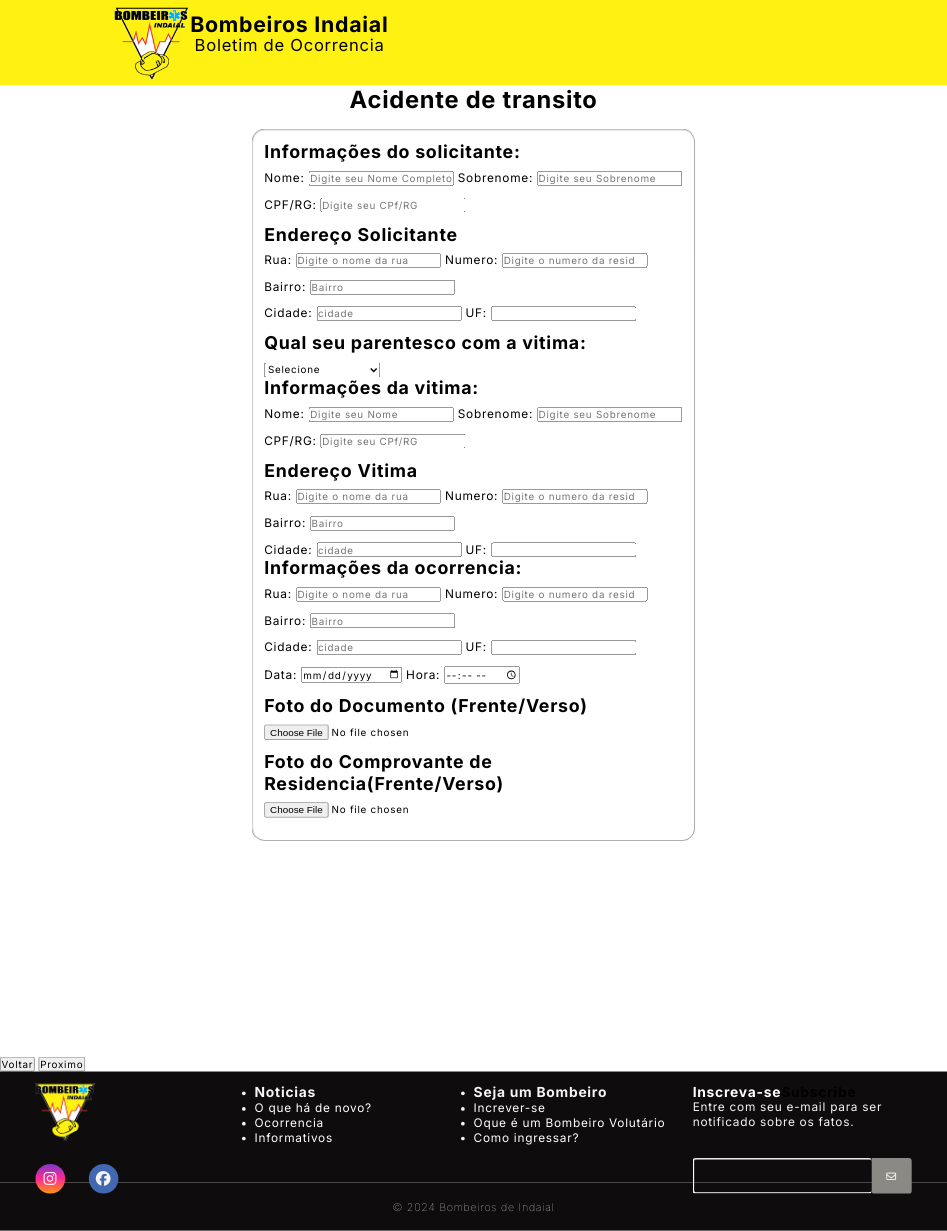
Repository: ThaylonKnopf/ProjetoBV
Page: AcidenteTransito/transitoparente/Form.html
An editor plug-in stored every save of this project. The page is shown before and after a run of saves, followed by the edit.
The browser window is 1280 px wide. The pictures show the whole page, at 74% of full size.

Above is the page before, as saved 2024-04-08 13:17:17.

### AcidenteTransito/transitoparente/Form.html
<!DOCTYPE html>
<html lang="pt-BR">

    <head>
        <meta charset="UTF-8">
        <meta name="viewport" content="width=device-width, initial-scale=1.0">
        <title>Requisição de B.O.</title>
        <link rel="stylesheet" href="estilo-fato.css">
        <link rel="shortcut icon"
            href="https://storage.googleapis.com/production-hostgator-brasil-v1-0-9/629/1202629/afAiZAhX/4db7fe933b1247ebbdbe06664fbece59">
        <link rel="stylesheet" href="https://cdnjs.cloudflare.com/ajax/libs/font-awesome/6.5.2/css/all.min.css"
            integrity="sha512-SnH5WK+bZxgPHs44uWIX+LLJAJ9/2PkPKZ5QiAj6Ta86w+fsb2TkcmfRyVX3pBnMFcV7oQPJkl9QevSCWr3W6A=="
            crossorigin="anonymous" referrerpolicy="no-referrer" />

    </head>

    <body>
        <header>
            <link rel="stylesheet" href="/header/footer/header.css">
            <main>
                <source media="(min-width:320px)" srcset="" sizes="300px">
                <div class="titulo">
                    <h1>Bombeiros&nbsp;Indaial</h1>
                </div>
                <div class="img">
                    <a href="https://bombeirosindaial.com.br/" target="_blank"><img src="../img/m.png"
                            alt="logo-bombeiro"></a>
                </div>
                <div class="p">
                    <p>Boletim&nbsp;de&nbsp;Ocorrencia</p>
                </div>
                </nav>
            </main>
        </header>
        <main class="menuh1">
            <h1>Acidente de transito</h1>
        </main>
        <form>
            <fieldset>
                <h2>Informações do solicitante:</h2>
                <div class="campo" required>
                    <label for="nome">Nome:</label>
                    <input type="text" name="nome" id="nome" placeholder="Digite seu Nome Completo" required>
                    <label for="sobrenome">Sobrenome:</label>
                    <input type="text" name="sobrenome" id="sobrenome" placeholder="Digite seu Sobrenome" required>
                </div>
                <div id="cpf">
                    <label for="cfp">CPF/RG:</label>
                    <input type="text" name="cfp" id="cpf" placeholder="Digite seu CPf/RG" required>
                </div>
                <h2>Endereço Solicitante</h2>
                <div id="rua">
                    <label for="rua">Rua:</label>
                    <input type="text" name="rua" id="rua" placeholder="Digite o nome da rua" required>
                    <label for="rua">Numero:</label>
                    <input type="number" name="numero" id="numero" placeholder="Digite o numero da residencia."
                        required>
                </div>
                <div id="bairro">
                    <label for="bairro">Bairro:</label>
                    <input type="text" name="bairro" id="bairro" placeholder="Bairro" required>
                </div>
                <div>
                    <label for="cidade">Cidade:</label>
                    <input type="text" name="cidade" id="cidade" placeholder="cidade" required>
                    <label for="estado">UF:</label>
                    <input type="text" name="estado" id="estado" required>
                </div>
                <h2>Qual seu parentesco com a vitima:</h2>
                <select name="parentesco" id="parente">
                    <option selected disabled value="">Selecione</option>
                    <option>Pai/Mae</option>
                    <option>Irmão/Irmã</option>
                    <option>Conjuge</option>
                    <option>Filho/Filha</option>
                    <option>Avô/Avó</option>
                    <option>Responsável Legal</option>
                </select>
                <h2>Informações da vitima:</h2>
                <div class="campov">
                    <label for="nomev">Nome:</label>
                    <input type="text" name="nome" id="nomev" placeholder="Digite seu Nome" required>
                    <label for="sobrenome">Sobrenome:</label>
                    <input type="text" name="sobrenome" id="sobrenomev" placeholder="Digite seu Sobrenome" required>
                </div>
                <div id="cpfv">
                    <label for="cfp">CPF/RG:</label>
                    <input type="text" name="cfp" id="cpfv" placeholder="Digite seu CPf/RG" required>
                </div>
                <h2>Endereço Vitima</h2>
                <div id="ruav">
                    <label for="rua">Rua:</label>
                    <input type="text" name="rua" id="ruavi" placeholder="Digite o nome da rua" required>
                    <label for="numero">Numero:</label>
                    <input type="number" name="numero" id="numerov" placeholder="Digite o numero da residencia."
                        required>
                </div>
                <div id="bairrov">
                    <label for="bairro">Bairro:</label>
                    <input type="text" name="bairro" id="bairrov" placeholder="Bairro" required>
                </div>
                <div>
                    <label for="cidade">Cidade:</label>
                    <input type="text" name="cidade" id="cidadev" placeholder="cidade" required>
                    <label for="estado">UF:</label>
                    <input type="text" name="estado" id="estadov" required>
                <h2>Informações da ocorrencia:</h2>
                <div id="ruao">
                    <label for="rua">Rua:</label>
                    <input type="text" name="rua" id="ruaoc" placeholder="Digite o nome da rua" required>
                    <label for="numero">Numero:</label>
                    <input type="number" name="numero" id="numeroc" placeholder="Digite o numero da residencia."
                        required>
                </div>
                <div id="bairroc">
                    <label for="bairro">Bairro:</label>
                    <input type="text" name="bairro" id="bairroc" placeholder="Bairro" required>
                </div>
                <div>
                    <label for="cidade">Cidade:</label>
                    <input type="text" name="cidade" id="cidadec" placeholder="cidade" required>
                    <label for="estado">UF:</label>
                    <input type="text" name="estado" id="estadoc" required>
                </div>
                <div id="data">
                    <label for="data">Data:</label>
                    <input type="date" name="dataoc" id="dataoc">
                    <label for="hora">Hora:</label>
                    <input type="time" name="horaoc" id="horaoc">
                </div>
                <div class="doc">
                    <h2>Foto do Documento (Frente/Verso)</h2>
                    <input type="file" name="doc" id="doc">
                </div>
                <div class="res">
                    <h2>Foto do Comprovante de Residencia(Frente/Verso)</h2>
                    <input type="file" name="doc">
                </div>
            </fieldset>
    </form>
        <main class="main-botao">
            <div class="continuar" required>
                <a href="../transitoselecionar/transito1.html"><button class="voltar">Voltar</button></a>
                <a href="/AcidenteTransito/transitoparente/Concluido.html"><button class="prox" required>Proximo</button></a>
            </div>
        </main>
        <footer id="footer">
            <link rel="stylesheet" href="/header/footer/footer.css">
            <div id="footer_content">
                <div id="footer_contacts">
                    <a href="https://bombeirosindaial.com.br/" target="_blank">
                        <h1>
                            <img src="../img/m.png" width="80px" alt="">
                        </h1>
                    </a>
                    <div id="footer_social_media">
                        <a href="#" class="footer-link" id="instagram">
                            <i class="fa-brands fa-instagram"></i>
                        </a>
                        <a href="#" class="footer-link" id="facebook">
                            <i class="fa-brands fa-facebook"></i>
                        </a>
                    </div>
                </div>
                <ul class="footer-list">
                    <li>
                        <h3>Noticias</h3>
                    </li>
                    <li>
                        <a href="#" class="footer-link">O que há de novo?</a>
                    </li>
                    <li>
                        <a href="#" class="footer-link">Ocorrencia</a>
                    </li>
                    <li>
                        <a href="#" class="footer-link">Informativos</a>
                    </li>
                </ul>
                <ul class="footer-lists">
                    <li>
                        <h3 id="pro">Seja um Bombeiro</h3>
                    </li>
                    <li>
                        <a href="#" class="footer-links">Increver-se</a>
                    </li>
                    <li>
                        <a href="#" class="footer-links">Oque é um Bombeiro Volutário</a>
                    </li>
                    <li>
                        <a href="#" class="footer-links">Como ingressar?</a>
                    </li>
                </ul>
                <div id="footer_subscribe">
                    <h3>Subscribe</h3>
                    <p>
                        Entre com seu e-mail para ser notificado sobre os fatos.
                    </p>
                    <div id="input_group">
                        <input type="email" id="email">
                        <button>
                            <i class="fa-regular fa-envelope"></i>
                        </button>
                    </div>
                </div>
            </div>
            <div id="footer_copyright">
                &#169
                2024 Bombeiros de Indaial
            </div>
        </footer>
        <script src="script.js"></script>
    </body>

</html>

### AcidenteTransito/transitoparente/estilo-fato.css
@charset "UTF-8";

@import url('https://fonts.googleapis.com/css2?family=Bebas+Neue&family=Inter:wght@100..900&display=swap');

:root {
    --color-neutral-0: #0e0c0c;
    --color-neutral-10: #171717;
    --color-neutral-30: #a8a29e;
    --color-neutral-40: #f5f5f5;

}

* {
    margin: 0PX;
    padding: 0PX;
    font-family: 'Inter', sans-serif;
    box-sizing: border-box;
    letter-spacing: 1px;
}

P {
    margin: 15px 0px 15px 0px;
}
.menuh1{
    margin: 0px auto 20px auto;
    max-width: 470px;
    text-align: center;
}

form{
    max-width: 600px;
    margin: 0px auto 290px auto;
}
fieldset{
    border-radius: 18px;
    padding: 15px;
}
fieldset div{
    margin-bottom: 15px;
}
h2{
    margin-bottom: 10px;
}

#footer_content{
    height:150px;
}
#footer{
    position: relative;
}

.main_botao

.continuar{
    margin-top: -100px;
    margin-bottom: 100px;
}

@media (max-width: 970px) {
    .menu section {
        width: 80%;
    }
    .menuh1{
        width: 80%;
    }
    form fieldset{
        width: 470px;
        margin: 10px;
    }
    fieldset div{
        display: grid;
    }
    fieldset div input{
        margin-left: 25px;
        margin-right: 20px;
    }

    .res{
        margin-right: 20px;
        margin-bottom: 20px;
    }
    .menuh1 form h2{
        margin-left: 10px;
    }
}

### header/footer/header.css
@charset "UTF-8";

@import url('https://fonts.googleapis.com/css2?family=Bebas+Neue&family=Inter:wght@100..900&display=swap');

:root {
    --color-neutral-0: #0e0c0c;
    --color-neutral-10: #171717;
    --color-neutral-30: #a8a29e;
    --color-neutral-40: #f5f5f5;

}

* {
    margin: 0PX;
    padding: 0PX;
    font-family: 'Inter', sans-serif;
    box-sizing: border-box;
    letter-spacing: 1px;
}

main {
    height: auto;
}
main .titu{
    text-align: center;
}

P {
    margin: 15px 0px 15px 0px;
}

header {
    background-color: #FFF212;
    height: 115px;
    padding-top: 10px;
    padding-bottom: 0px;
}

header main {
    background-color: #FFF212;
    width: 900px;
    margin: auto;
    padding-top: 0px;
    padding-bottom: 0px;
    height: 90px;

}

header main h1 {
    margin-left: 67px;
    font-size: 1.8em;
    padding-top: 5px;
    margin-top: 0px;
}

header main img {
    width: 100px;
    margin-top: -40px;
    margin-left: -35px;
}

header main p {
    margin-left: 73px;
    margin-top: -64px;
    font-size: 1.4em;
}
@media screen and (max-width: 976px) {
    header main{
        margin: auto;
        width: 80%;
    }
}

@media screen and (max-width: 499px) {
    header{
        height: 110px;
    }
    header main{
        margin: auto;
        font-size: 12px;
        align-items: center;
    }
    header main img{
        width: 80px;
        margin-top: -25px;
        margin-left: -15px;
    }
    header main h1{
        margin-bottom: 5px;
        margin-left: 70px;
    }
    header main p {
        margin-top: -55px;
    }
}

### header/footer/footer.css
@charset "UTF-8";

@import url('https://fonts.googleapis.com/css2?family=Bebas+Neue&family=Inter:wght@100..900&display=swap');

:root {
    --color-neutral-0: #0e0c0c;
    --color-neutral-10: #171717;
    --color-neutral-30: #a8a29e;
    --color-neutral-40: #f5f5f5;

}

* {
    margin: 0PX;
    padding: 0PX;
    font-family: 'Inter', sans-serif;
    box-sizing: border-box;
    letter-spacing: 1px;
}

footer {
    position: fixed;
    bottom: 0;
    left: 0%;
    color: var(--color-neutral-40);
}

.footer-link {
    text-decoration: none;
    color: white;
}

.footer-links {
    text-decoration: none;
    color: white;
}

#footer_content {
    background-color: var(--color-neutral-0);
    display: grid;
    grid-template-columns: repeat(4, 1fr);
    padding: 1rem 3rem;
    max-height: 205px;

}

#footer_contacts {
    margin-bottom: 0.75rem;
}

#footer_social_media {
    display: flex;
    gap: 2rem;
    margin-top: 1.5rem;
}

#footer_social_media .footer-link {
    display: flex;
    align-items: center;
    justify-content: center;
    height: 2.5rem;
    width: 2.5rem;
    color: var(--color-neutral-40);
    border-radius: 50%;
    transition: 0.4s;
}

#footer_social_media .footer-link i {
    font-size: 1.25rem;
}

#footer_social_media .footer-link:hover {
    opacity: 0.8;
}

#instagram {
    background: linear-gradient(#7f37c9, #ff2992, #ff9807);
    text-decoration: none;
}

#facebook {
    background-color: #4267b3;
    text-decoration: none;
}

.footer_list {
    display: flex;
    flex-direction: column;
    gap: 0.75rem;
    list-style: none;

}

.footer-link:hover{
    text-decoration: underline;
}
.footer-links:hover{
    text-decoration: underline;
}

#footer_subscribe {
    display: flex;
    flex-direction: column;
    gap: 1.5rem;
}

#footer_subscribe h3::before{
    content: "Inscreva-se";
    color:white;
}
#footer_subscribe h3{
    color:black;
    margin-bottom: -40px;
}
#footer_subscribe p {
    color: var(--color-neutral-40);
}

#input_group {
    display: flex;
    align-items: center;
    background-color: 4px;
    border-radius: 4px;
}

#input_group input {
    all: unset;
    padding: 0.75rem;
    width: 100%;
    border-top: 2px solid white;
    border-bottom: 2px solid white;
    border-left: 2px solid white;
    border-radius: 4px;
}

#input_group button {
    background-color: #8a8984;
    border: none;
    color: var(--color-neutral-40);
    padding: 0px 1.25rem;
    height: 100%;
    border-radius: 0px 4px 4px 4px;
    cursor: pointer;
    transition: all 0.4s;
}

#input_group button:hover {
    opacity: 0.8;
}

#footer_copyright {
    display: flex;
    justify-content: center;
    background-color: var(--color-neutral-0);
    font-size: 0.9rem;
    padding: 1.5rem;
    font-weight: 100;
}

@media screen and (max-width:768px) {
    #footer_content {
        grid-template-columns: repeat(2, 1fr);
        gap: 2rem;
    }

    #input_group input {
        border-top: 2px solid rgb(0, 0, 0);
        border-bottom: 2px solid rgb(0, 0, 0);
        border-left: 2px solid rgb(0, 0, 0);
        border-radius: 4px;

    }

    #footer {
        position: relative;
    }

    #footer_subscribe{
        margin-top: 65px;
    }

    #footer_subscribe h3::before {
        color: rgb(0, 0, 0);
        content: "Inscreva-se";
    }
    #footer_subscribe h3{
        color:white;

    }

    #footer_subscribe p {
        color: rgb(0, 0, 0);
        margin-top: 15px;
    }

    .footer-lists{
        margin-top: 65px;
    }

    .footer-links {
        color: black;
        text-decoration: none;
    }

    #pro {
        color: black;
    }
    .footer-links:hover {
        color: black;
        text-decoration: underline;
    }
    .footer-link:hover {
        text-decoration: underline;
    }


}

@media screen and (max-width:426px) {
    #footer_content {
        grid-template-columns: repeat(1, 1fr);
        padding: 3rem 2;
    }

    #input_group input {
        border-top: 2px solid rgb(0, 0, 0);
        border-bottom: 2px solid rgb(0, 0, 0);
        border-left: 2px solid rgb(0, 0, 0);
        border-radius: 4px;
    }

    #footer {
        position: relative;
    }

    #footer_subscribe .p {
        color: black;
    }
    #footer_copyright {
        position: absolute;
        height: 100px;
        bottom:0;
        left: 0;
        width: 100%;
    }

    .footer-list {
        color:black;
        margin-top: 20px;
    }
    .footer-link {
        color: black;
    }
    .footer-lists {
        color:black;
        margin-top: 2px;
    }

    .footer-links {
        color: black;
    }

    #pro {
        color: black;
    }
    .footer-links:hover {
        color: black;
        text-decoration: underline;
    }
    #input_group button {
        background-color: #8a8984;
        border: none;
        color: var(--color-neutral-40);
        padding: 0px 1.25rem;
        height: 80%;
        border-radius: 4px 4px 4px 4px;
        cursor: pointer;
        transition: all 0.4s;
        margin-bottom: 10px;
        margin-left: 1px;
    }
    #input_group input {
        border-top: 2px solid rgb(0, 0, 0);
        border-bottom: 1px solid rgb(0, 0, 0);
        border-left: 2px solid rgb(0, 0, 0);
        border-radius: 4px;
        margin-bottom: 15px;
    }
    #footer_contacts{
        margin: 0px auto;
    }
    #footer_contacts h1{
        margin-left: 13px;
    }
}

@media screen and (max-width: 413px) {
    #footer_content{
        margin-bottom: 140px;
    }
}

Loaded but not shown: AcidenteTransito/transitoparente/script.js (no copy from this time; the picture is the same without it)

After the next 6 saves:
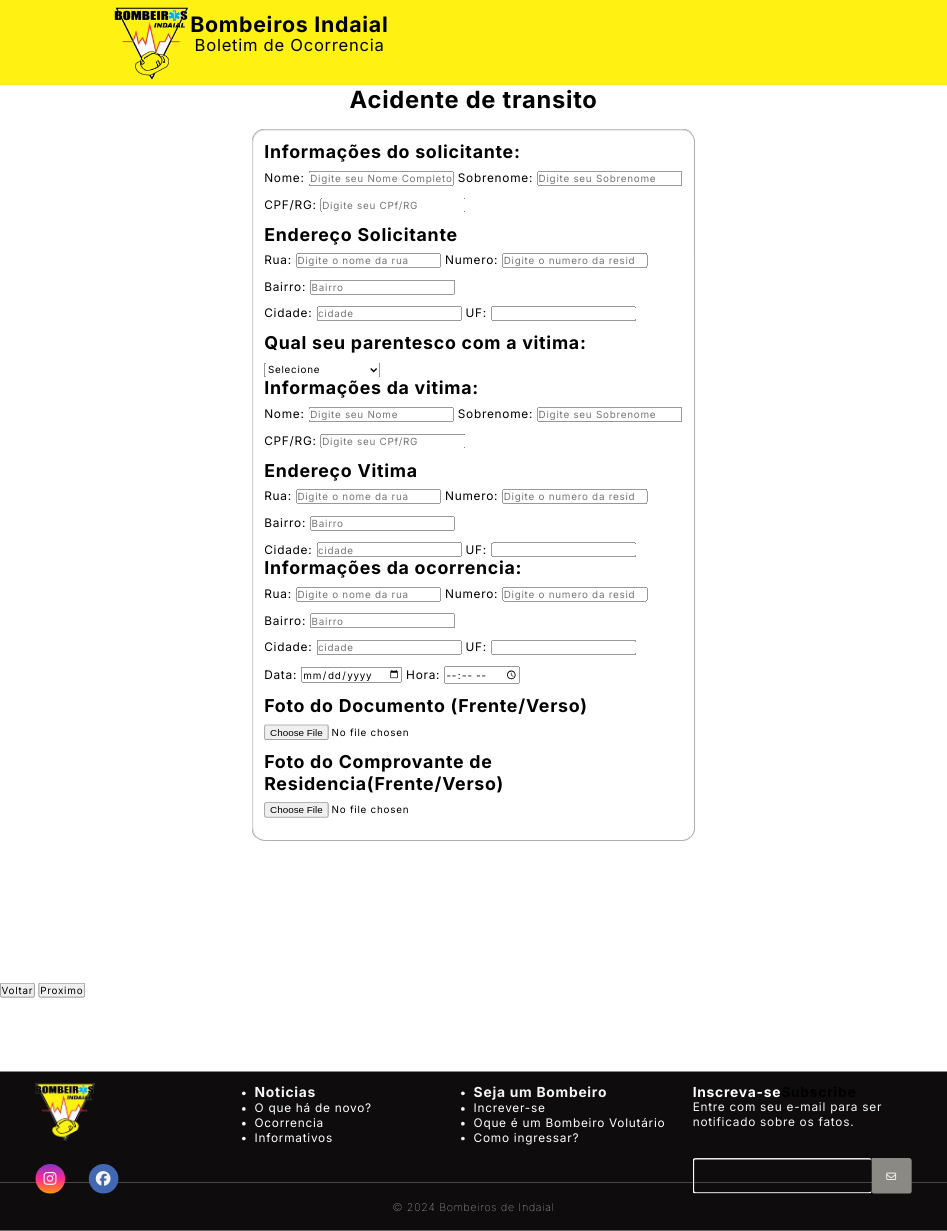
The 6 saves are shown as one change because they came seconds apart.
The last was saved 15 s later.
--- a/AcidenteTransito/transitoparente/estilo-fato.css
+++ b/AcidenteTransito/transitoparente/estilo-fato.css
@@ -49,7 +49,9 @@
     position: relative;
 }
 
-.main_botao
+.main-botao{
+    max-width: 900px;
+}
 
 .continuar{
     margin-top: -100px;
